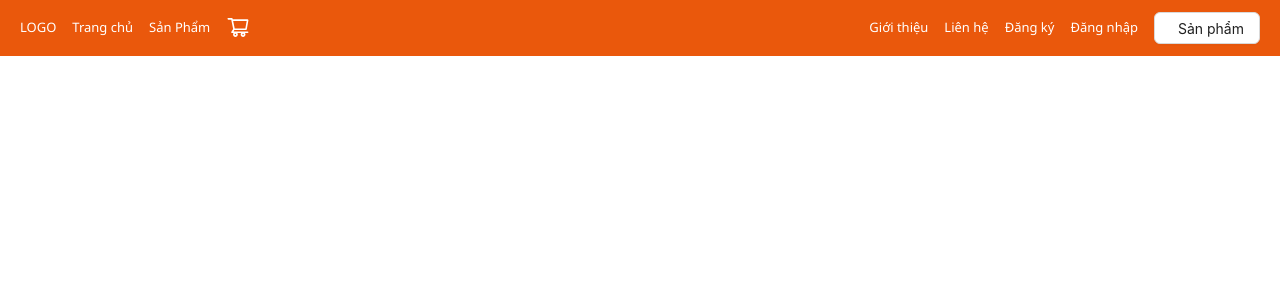
Repository: TinhTT336/MD02_Session15
Page: / (app in client/)
An editor plug-in stored every save of this project. The page is shown before and after the next save, followed by the edit.
The browser window is 1280 px wide. The pictures show the whole page.
The project was rebuilt for these pictures with package versions that can differ from the ones it lists, and the page was loaded fresh each time. Also part of the build but not shown: client/vite.config.js.

Above is the page before, as saved 2023-09-15 09:29:38.

### client/src/main.jsx
import React from 'react'
import ReactDOM from 'react-dom/client'
import App from './App.jsx'
import './index.css'
import { BrowserRouter } from "react-router-dom";

ReactDOM.createRoot(document.getElementById('root')).render(
  <BrowserRouter>
    <App />
  </BrowserRouter>
)

### client/src/App.jsx
import "./assets/styles/main.css";
import Header from "./components/user/header/Header";

function App() {

  return (
    <>
      <Header />
    </>
  )
}

export default App

### client/src/assets/styles/main.css
* {
  margin: 0;
  padding: 0;
  box-sizing: border-box;
}
@font-face {
  font-family: Notosans-bold;
  src: url(../fonts/notosans-bold.3ede5aff.woff2);
}
@font-face {
  font-family: Notosans-italic;
  src: url(../fonts/notosans-italic.1c1aaac9.woff2);
}
@font-face {
  font-family: Notosans-regular;
  src: url(../fonts/notosans-regular.2cb88a13.woff2);
}
@font-face {
  font-family: Notosans-semibold;
  src: url(../fonts/notosans-semibold.df3e6dc4.woff2);
}

body {
  height: 100%;
  width: 100%;
  font-size: 13px;
  font-family: Notosans-regular;
  color: #000000;
  background-color: #ffffff;
}

::-webkit-scrollbar {
  width: 10px;
  height: 10px;
}
::-webkit-scrollbar-track {
  background: #f1f1f1;
}
::-webkit-scrollbar-thumb {
  background: #b8bcc3;
}
::-webkit-scrollbar-thumb:hover {
  background: #888;
}
::-webkit-scrollbar-track-piece {
  background-color: #f1f1f1;
  width: 10px;
}

### client/src/components/user/header/Header.jsx
import React from 'react'
import { NavLink } from "react-router-dom"
import { ShoppingCartOutlined } from "@ant-design/icons"
import { Button, Dropdown } from 'antd';

export default function Header() {
    const items = [
        {
            key: '1',
            label: (
                <a target="_blank" rel="noopener noreferrer" href="https://www.antgroup.com">
                    Trái cây nội
                </a>
            ),
        },
        {
            key: '2',
            label: (
                <a target="_blank" rel="noopener noreferrer" href="https://www.aliyun.com">
                    Trái cây ngoại
                </a>
            ),
        },
        {
            key: '3',
            label: (
                <a target="_blank" rel="noopener noreferrer" href="https://www.luohanacademy.com">
                    Hạt dinh dưỡng
                </a>
            ),
        },
    ];
    return (
        <>
            <div className='w-full bg-orange-600 h-14 text-white flex items-center justify-between px-5'>
                <div className='flex gap-4 items-center'>
                    <NavLink to="/">LOGO</NavLink>
                    <NavLink to="/">Trang chủ</NavLink>
                    <NavLink to="/list-product">Sản Phẩm</NavLink>
                    <NavLink to="/cart">
                        <ShoppingCartOutlined className='text-2xl relative' />
                        <span className='bg-white px-2 rounded-xl text-black absolute'></span>
                    </NavLink>
                </div>
                <div className='flex gap-4 items-center'>
                    <NavLink to="/about">Giới thiệu</NavLink>
                    <NavLink to="/contact">Liên hệ</NavLink>
                    <NavLink to="/register">Đăng ký</NavLink>
                    <NavLink to="/login">Đăng nhập</NavLink>
                    <Dropdown
                        menu={{
                            items,
                        }}
                        placement="bottomLeft"
                        arrow
                    >
                        <Button>
                            <img src="" alt="" />
                            Sản phẩm
                        </Button>
                    </Dropdown>
                </div>
            </div>
        </>
    )
}

Loaded but not shown: client/src/index.css (common file); client/tailwind.config.js (common file)

After the next save:
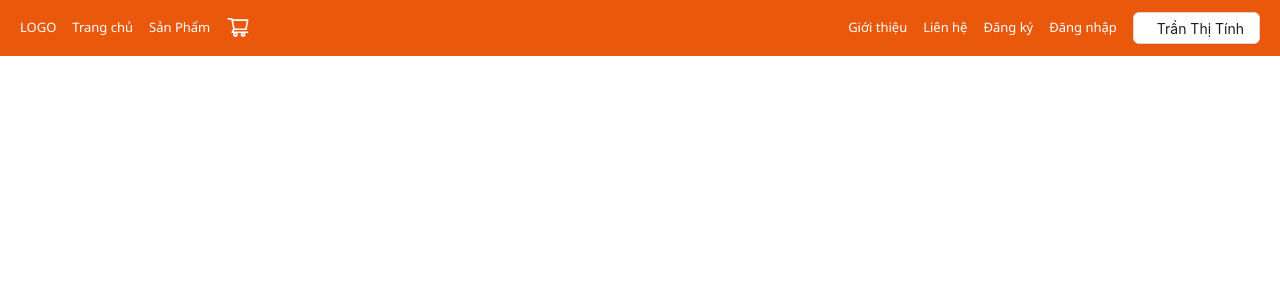
Saved 54 s later.
--- a/client/src/components/user/header/Header.jsx
+++ b/client/src/components/user/header/Header.jsx
@@ -9,7 +9,7 @@ export default function Header() {
             key: '1',
             label: (
                 <a target="_blank" rel="noopener noreferrer" href="https://www.antgroup.com">
-                    Trái cây nội
+                    Thông tin tài khoản
                 </a>
             ),
         },
@@ -17,7 +17,7 @@ export default function Header() {
             key: '2',
             label: (
                 <a target="_blank" rel="noopener noreferrer" href="https://www.aliyun.com">
-                    Trái cây ngoại
+                    Lịch sử mua hàng
                 </a>
             ),
         },
@@ -25,7 +25,7 @@ export default function Header() {
             key: '3',
             label: (
                 <a target="_blank" rel="noopener noreferrer" href="https://www.luohanacademy.com">
-                    Hạt dinh dưỡng
+                    Đăng xuất
                 </a>
             ),
         },
@@ -56,7 +56,7 @@ export default function Header() {
                     >
                         <Button>
                             <img src="" alt="" />
-                            Sản phẩm
+                            Trần Thị Tính
                         </Button>
                     </Dropdown>
                 </div>
